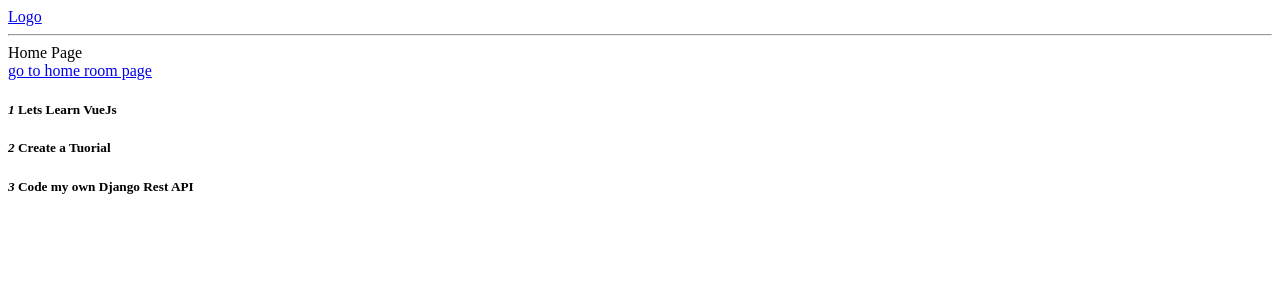
Repository: feyroozecode/studybud_django_app
Page: http://localhost/
The author's editor kept a copy of each file at every save. The page is drawn from the files as they stood at one save, then again after the next save.
The browser window is 1280 px wide. The pictures show the whole page.
The page is served by the project's application, run on Django 4.2 (manage.py).

Above is the page before, as saved 2023-09-30 19:54:26.

After the next save:
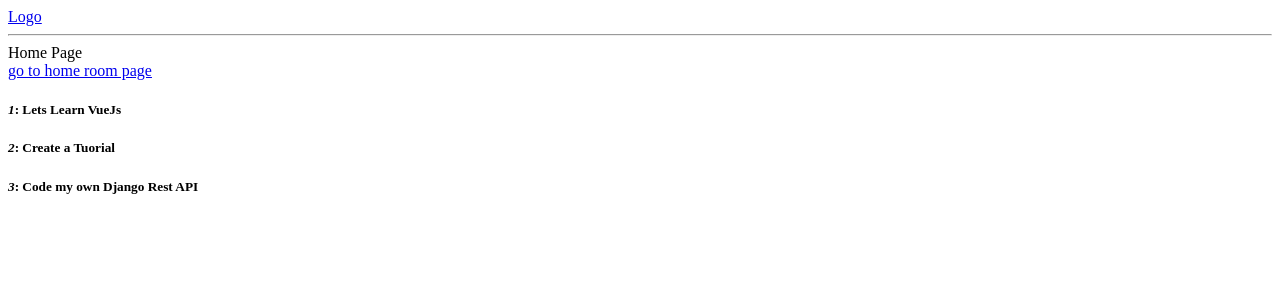
Saved 7 s later.
--- a/templates/home.html
+++ b/templates/home.html
@@ -11,7 +11,7 @@
     <div>
         {% for room in rooms %}
             <div>
-              <h5>  <em>{{ room.id }}</em> {{ room.name }} </h5>
+              <h5>  <em>{{ room.id }}</em>:  {{ room.name }} </h5>
 
             </div>
 
